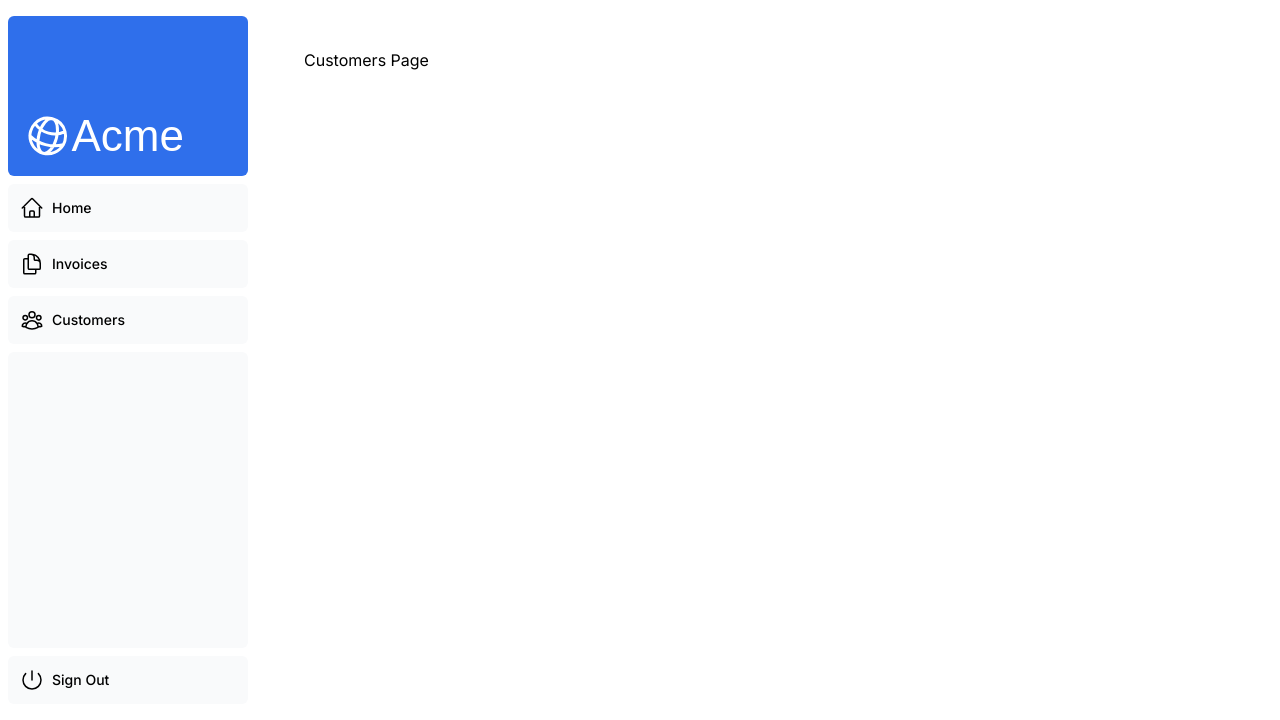
Repository: YutoShibuya/nextjs-dashboard
Page: /dashboard/customers
These files come from the project's save history. The page is drawn as it stood at one moment and after the next save; the edit follows.
The browser window is 1280 px wide. The pictures show the whole page.
Some web fonts or font styles are not loaded; a fallback is used. The project was rebuilt for these pictures with package versions that can differ from the ones it lists, and the page was loaded fresh each time. The framework's server and built-in components were replaced by stand-ins that run in the browser. Also part of the build but not shown: next.config.js.

Above is the page before, as saved 2024-01-25 22:03:57.

After the next save:
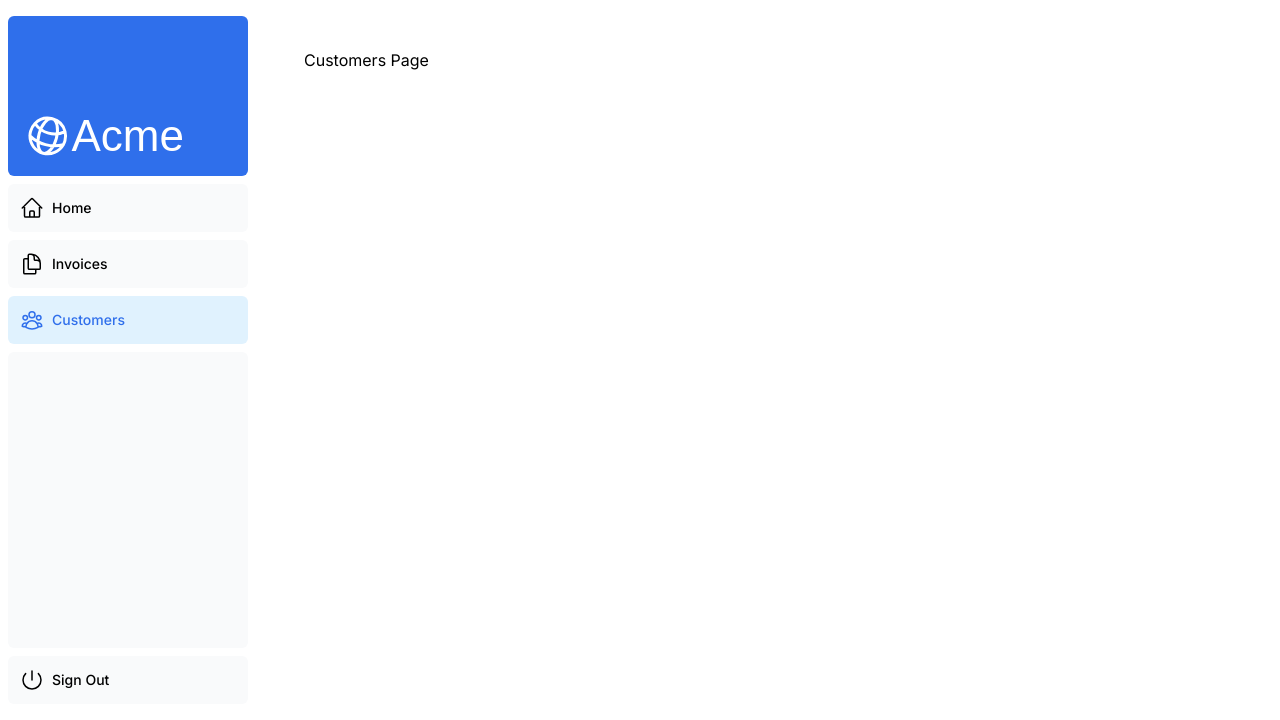
Saved 2 min 21 s later.
--- a/app/ui/dashboard/nav-links.tsx
+++ b/app/ui/dashboard/nav-links.tsx
@@ -5,6 +5,7 @@
 } from '@heroicons/react/24/outline';
 import Link from 'next/link';
 import { usePathname } from 'next/navigation';
+import { clsx } from 'clsx';
 
 
 // Map of links to display in the side navigation.
@@ -29,7 +30,10 @@
           <Link
             key={link.name}
             href={link.href}
-            className="flex h-[48px] grow items-center justify-center gap-2 rounded-md bg-gray-50 p-3 text-sm font-medium hover:bg-sky-100 hover:text-blue-600 md:flex-none md:justify-start md:p-2 md:px-3"
+            className={clsx(
+              "flex h-[48px] grow items-center justify-center gap-2 rounded-md bg-gray-50 p-3 text-sm font-medium hover:bg-sky-100 hover:text-blue-600 md:flex-none md:justify-start md:p-2 md:px-3",
+              currentPath === link.href && "bg-sky-100 text-blue-600"
+            )}
           >
             <LinkIcon className="w-6" />
             <p className="hidden md:block">{link.name}</p>
